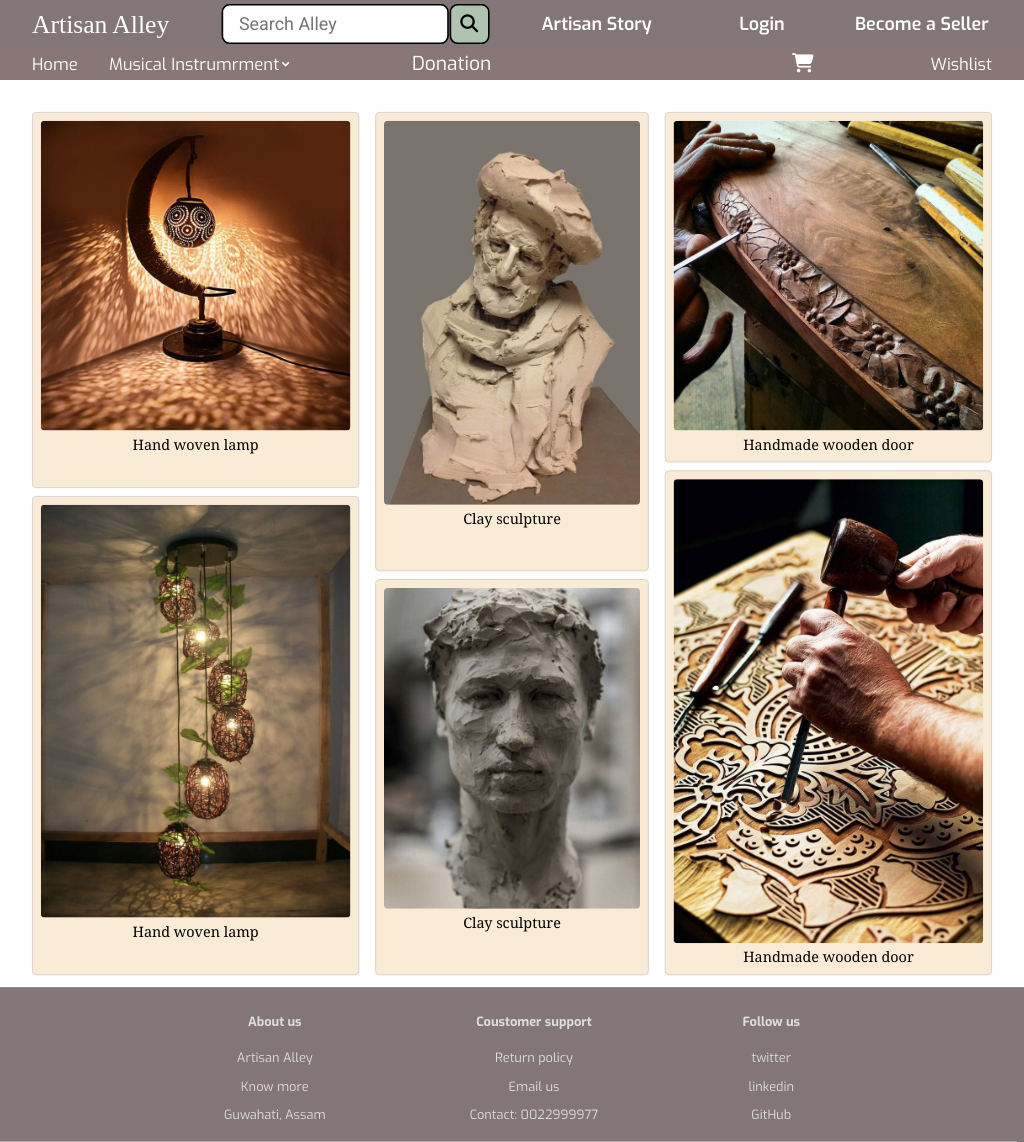
Repository: RingkhangBTY/Bytehacks_Hackathon_Project
Page: index.html
An editor plug-in stored every save of this project. The page is shown before and after a run of saves, followed by the edit.
The browser window is 1280 px wide. The pictures show the whole page, at 80% of full size.
Some web fonts or font styles are not loaded; a fallback is used.

Above is the page before, as saved 2024-11-27 09:55:27.

After the next 3 saves:
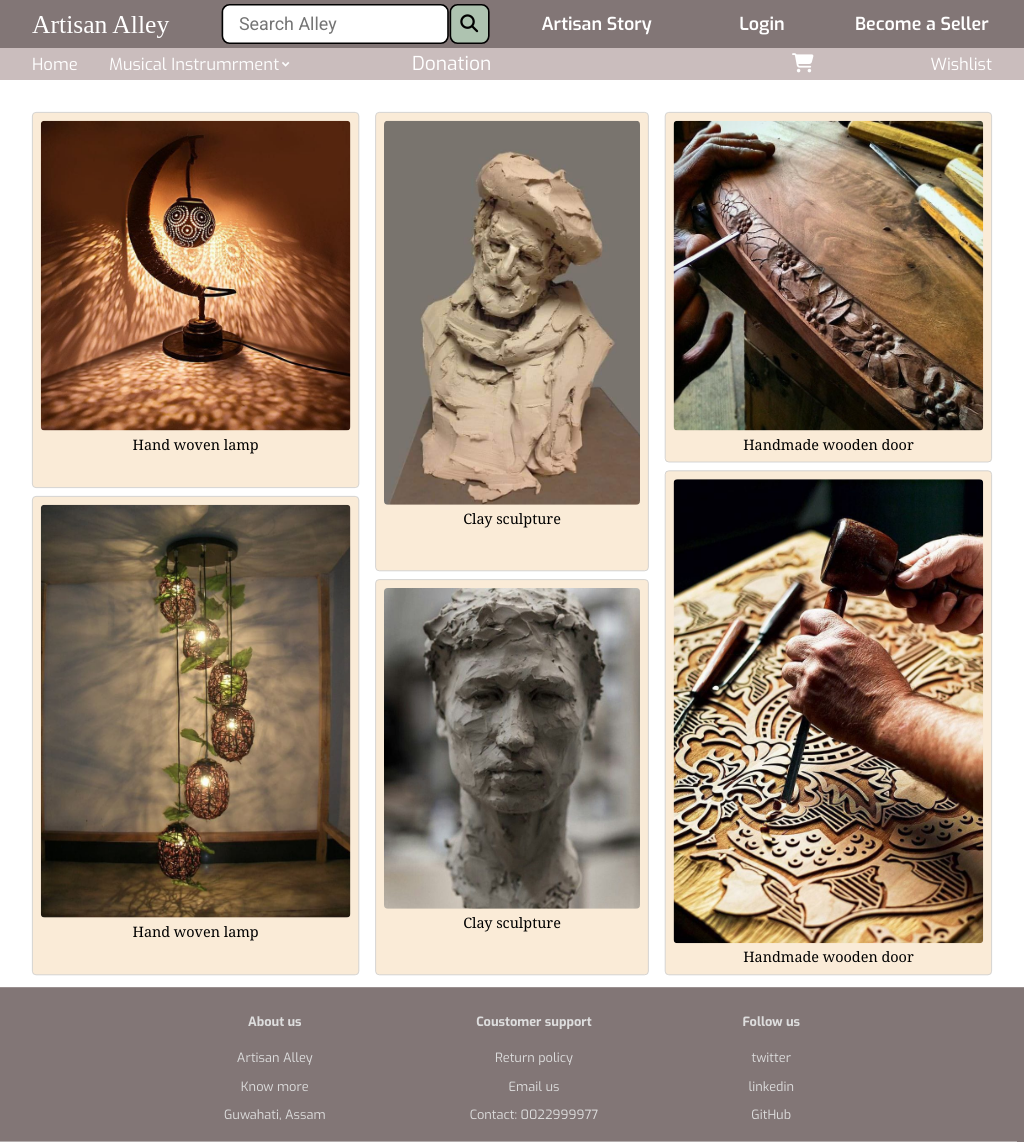
The 3 saves are shown as one change because they came seconds apart.
The last was saved 8 s later.
--- a/style.css
+++ b/style.css
@@ -94,7 +94,7 @@ body {
       }
 
       .half-bottom {
-        background-color: #897777;
+        background-color: #cabdbd;
         height: 30%;
         display: flex;
         justify-content: space-between;
